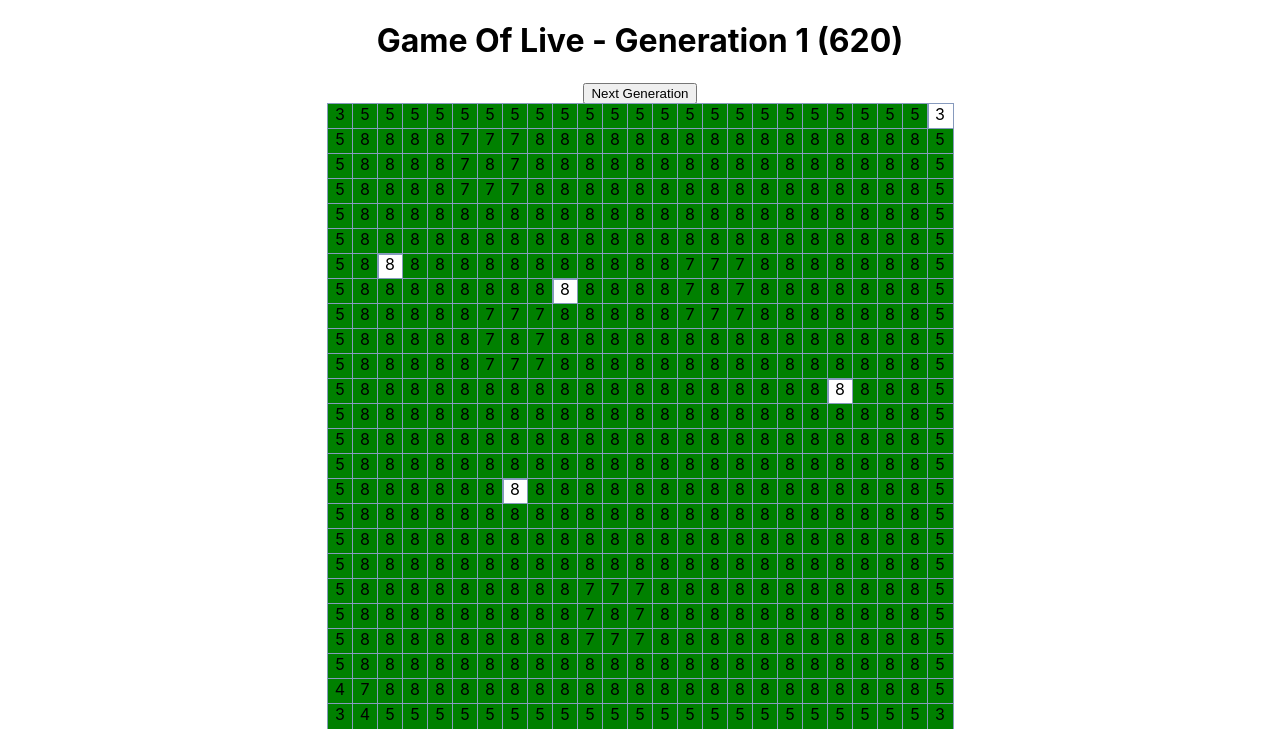
Repository: cfaguilera20/gol
Page: /
These files come from the project's save history. The page is drawn as it stood at one moment and after the next save; the edit follows.
The browser window is 1280 px wide. The pictures show the whole page.
The project was rebuilt for these pictures with package versions that can differ from the ones it lists, and the page was loaded fresh each time.

Above is the page before, as saved 2021-07-25 13:46:42.

### src/App.js
import './App.css';

import Board from './components/Board.jsx';

function App() {
    return (
        <div className="App">
            <Board />
        </div>
    );
}

export default App;

### src/components/Board.jsx
import React, { useState } from 'react';
import './Board.css';

const WORLD_SIZE = 25;
const WORLD_POPULATION = 0.5;

const Board = (props) => {
    const [world, setWorld] = useState(
        createWorld(WORLD_SIZE, WORLD_POPULATION)
    );
    const [generation, setGeneration] = useState(1);

    const onNextGeneration = () => {
        setGeneration(generation + 1);
        world.nextGeneration();
        setWorld(world);
    };

    return (
        <>
            <h1>
                Game Of Live - Generation {generation} (
                {world.currentPopulation})
            </h1>
            <button onClick={onNextGeneration}>Next Generation</button>
            <div className="world">
                {world.board.map((row, rowIdx) => (
                    <div key={rowIdx} className="row">
                        {row.map((isAlive, cellIdx) => {
                            const className = isAlive
                                ? 'cell cell-green'
                                : 'cell';
                            const neighborsAlive =
                                world.getNeighborsAliveCounter(rowIdx, cellIdx);
                            return (
                                <div key={cellIdx} className={className}>
                                    {neighborsAlive}
                                </div>
                            );
                        })}
                    </div>
                ))}
            </div>
        </>
    );
};

class World {
    constructor(size, population) {
        this.size = size;
        this.population = population;
        this.currentPopulation = 0;
        this.board = [];
        this.createBoard();
    }

    createBoard() {
        for (let y = 0; y < this.size; y++) {
            this.board[y] = [];
            for (let x = 0; x < this.size; x++) {
                const isAlive =
                    Math.random() > this.population / 100 ? true : false;
                this.board[y][x] = isAlive;
                this.currentPopulation += isAlive ? 1 : 0;
            }
        }
    }

    getNeighbors(x, y) {
        const neighbors = [];
        const neighborsIdx = [
            [1, 0],
            [-1, 0],
            [0, 1],
            [0, -1],
            [1, 1],
            [1, -1],
            [-1, 1],
            [-1, -1],
        ];
        neighborsIdx.forEach(([dx, dy]) => {
            const [nx, ny] = [x + dx, y + dy];
            if (nx >= 0 && nx < this.size && ny >= 0 && ny < this.size) {
                neighbors.push(this.board[ny][nx]);
            }
        });
        return neighbors;
    }

    getNeighborsAlive(x, y) {
        return this.getNeighbors(x, y).filter((isAlive) => isAlive);
    }

    getNeighborsAliveCounter(x, y) {
        return this.getNeighborsAlive(x, y).length;
    }

    nextGeneration() {
        const nextBoard = [];
        for (let y = 0; y < this.size; y++) {
            nextBoard[y] = [];
            for (let x = 0; x < this.size; x++) {
                const isAlive = this.board[y][x];
                const nextIsAlive = this.getNeighborsAliveCounter(x, y) > 2;
                nextBoard[y][x] = nextIsAlive;
                this.currentPopulation += nextIsAlive - isAlive;
            }
        }

        this.board = nextBoard;
        return this;
    }
}

const createWorld = (WORLD_SIZE, WORLD_POPULATION) => {
    const board = new World(WORLD_SIZE, WORLD_POPULATION);
    return board;
};

export default Board;

### src/components/Board.css
.row {
    height: 25px;
}

.cell {
    width: 25px;
    height: 25px;
    outline: 1px solid rgb(134, 154, 189);
    display: inline-block;
}

.cell-green {
    background-color: green;
}

.cell-red {
    background-color: red;
}

.cell-purple {
    background-color: purple;
}

Loaded but not shown: public/index.html (common file); src/index.js (common file); src/index.css (common file); src/reportWebVitals.js (common file); src/App.css (common file)

After the next save:
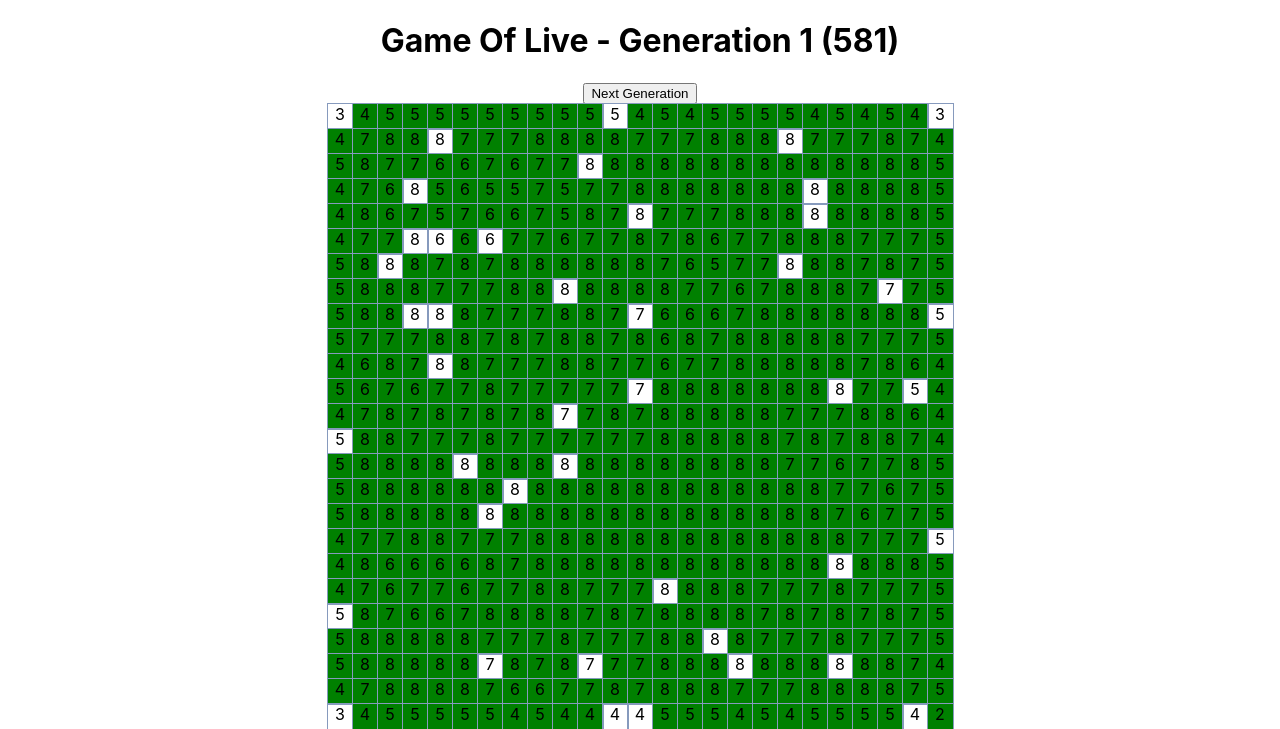
Saved 6 s later.
--- a/src/components/Board.jsx
+++ b/src/components/Board.jsx
@@ -2,7 +2,7 @@ import React, { useState } from 'react';
 import './Board.css';
 
 const WORLD_SIZE = 25;
-const WORLD_POPULATION = 0.5;
+const WORLD_POPULATION = 5;
 
 const Board = (props) => {
     const [world, setWorld] = useState(
